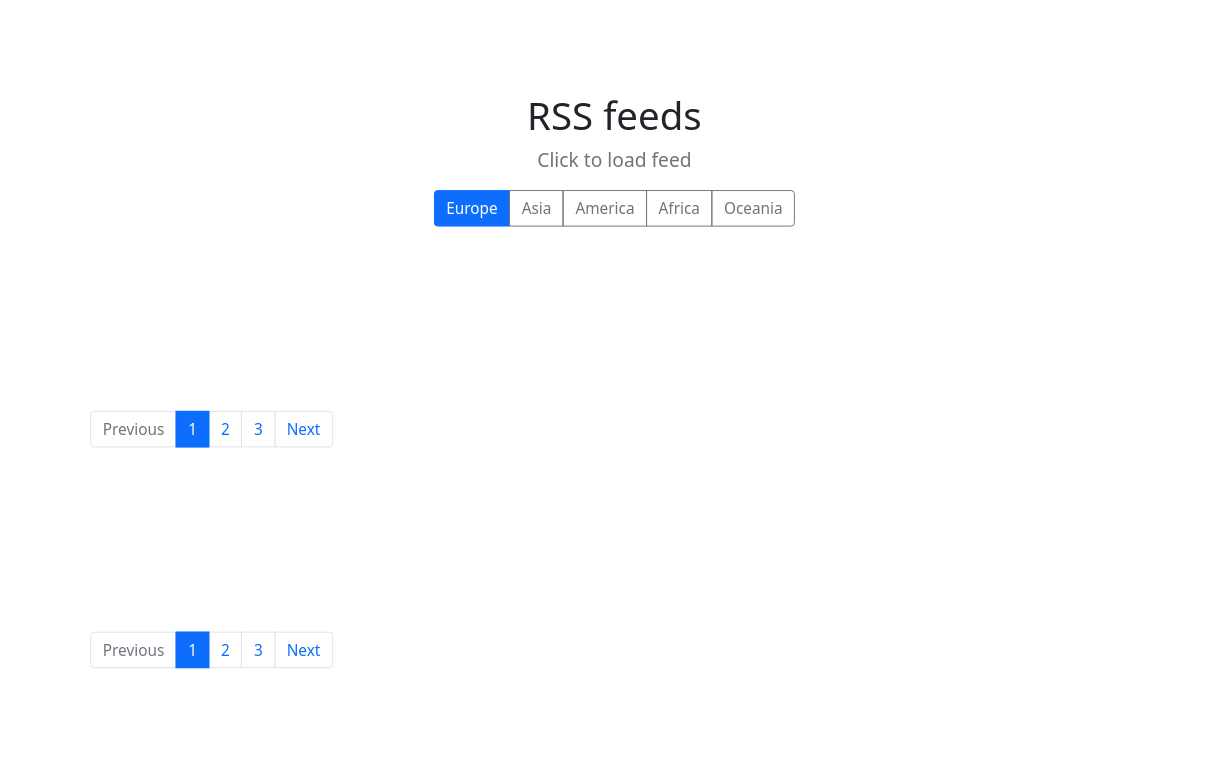
Repository: lilit1121/Templating-DOM-manipulation-and-data-processing
Page: europe.html
These files come from the project's save history. The page is drawn as it stood at one moment and after a run of saves; the edit follows.
The browser window is 1280 px wide. The pictures show the whole page, at 96% of full size.
The page's requests for data from a server got no answer.

Above is the page before, as saved 2023-02-09 15:21:47.

### europe.html
<!DOCTYPE html>
<html lang="en">
   <head>
    <meta charset="UTF-8" />
    <meta http-equiv="X-UA-Compatible" content="IE=edge" />
    <meta name="viewport" content="width=device-width, initial-scale=1.0" />
    <link rel="stylesheet" href="styles.css" />
    <link
      href="https://cdn.jsdelivr.net/npm/bootstrap@5.0.2/dist/css/bootstrap.min.css"
      rel="stylesheet"
      integrity="sha384-EVSTQN3/azprG1Anm3QDgpJLIm9Nao0Yz1ztcQTwFspd3yD65VohhpuuCOmLASjC"
      crossorigin="anonymous"
    />
    <script
      src="https://cdn.jsdelivr.net/npm/bootstrap@5.0.2/dist/js/bootstrap.bundle.min.js"
      integrity="sha384-MrcW6ZMFYlzcLA8Nl+NtUVF0sA7MsXsP1UyJoMp4YLEuNSfAP+JcXn/tWtIaxVXM"
      crossorigin="anonymous"
    ></script>
    <title>Templating, DOM manipulation and data processing</title>
  </head>
  <body>
    <section class="py-5 text-center container">
      <div class="row py-lg-5">
        <div class="col-lg-6 col-md-8 mx-auto">
          <h1 class="fw-light">RSS feeds</h1>
          <p class="lead text-muted">Click to load feed</p>
          <div class="btn-group">
            <a href="./europe.html#" class="btn btn-primary">Europe</a>
            <a href="./asia.html#" class="btn btn-outline-secondary">Asia</a>
            <a href="./americas.html#" class="btn btn-outline-secondary"
              >America</a
            >
            <a href="./africa.html#" class="btn btn-outline-secondary"
              >Africa</a
            >
            <a href="./oceania.html#" class="btn btn-outline-secondary"
              >Oceania</a
            >
          </div>
        </div>
      </div>
    </section>


    <!-- Loading state UI -->
    <div id="loadding" class="visually-hidden">
      <svg
      xmlns="http://www.w3.org/2000/svg"
      xmlns:xlink="http://www.w3.org/1999/xlink"
      style="margin: auto; background: #fff; display: block"
      width="200px"
      height="200px"
      viewBox="0 0 100 100"
      preserveAspectRatio="xMidYMid"
    >
      <circle
        cx="50"
        cy="50"
        r="32"
        stroke-width="8"
        stroke="#416cff"
        stroke-dasharray="50.26548245743669 50.26548245743669"
        fill="none"
        stroke-linecap="round"
      >
        <animateTransform
          attributeName="transform"
          type="rotate"
          repeatCount="indefinite"
          dur="1s"
          keyTimes="0;1"
          values="0 50 50;360 50 50"
        ></animateTransform>
      </circle>
    </svg>
  </div>

    <!-- Error state UI -->
    <div class="alert alert-danger visually-hidden">
      <h5>Unable to load feed</h5>
      <!-- Show error message, if applicable -->
      Feed could not be converted, probably not a valid RSS feed.<br />
      <small><a href="#">Open feed in a new tab</a></small>
    </div>
    <!-- Pagination -->
    <div class="container">
    <section class="py-5 text-center container">
      <div class="row py-lg-5">
        <nav>
          <ul class="pagination">
            <li class="page-item disabled">
              <a class="page-link">Previous</a>
            </li>
            <li class="page-item active">
              <a class="page-link" href="#">1</a>
            </li>
            <li class="page-item">
              <a class="page-link" href="#">2</a>
            </li>
            <li class="page-item"><a class="page-link" href="#">3</a></li>
            <li class="page-item">
              <a class="page-link" href="#">Next</a>
            </li>
          </ul>
        </nav>
      </div>
    </section>

      <!-- Feed (Show no more than 5 posts per page) -->
      <div
        id="main_container"
        class="row row-cols-1 row-cols-sm-2 row-cols-md-3 g-3"
      ></div>


    <!-- Pagination -->
    <section class="py-5 text-center container">
      <div class="row py-lg-5">
        <nav>
          <ul class="pagination">
            <li class="page-item disabled">
              <a class="page-link">Previous</a>
            </li>
            <li class="page-item active">
              <a class="page-link" href="#">1</a>
            </li>
            <li class="page-item">
              <a class="page-link" href="#">2</a>
            </li>
            <li class="page-item"><a class="page-link" href="#">3</a></li>
            <li class="page-item">
              <a class="page-link" href="#">Next</a>
            </li>
          </ul>
        </nav>
      </div>
    </div>
    </section>
    <script src="./script.js"></script>
  </body>
</html>

### styles.css

.card-text {
    display: -webkit-box;
    -webkit-box-orient: vertical;
    -webkit-line-clamp: 4;
    overflow: hidden;
  }

### script.js
const main_container = document.getElementById("main_container");
const page_item = document.querySelectorAll(".page-item");
const loadding = document.getElementById('loadding')
let countriesData;
let sliceStart = 0;
let currentPage = 1;

page_item.forEach((el) => {
  el.addEventListener("click", (event) => {
    changePage(event);
  });
});

function changePage(e) {
  if (e.target.innerText === "Next" && sliceStart < 10) {
    sliceStart += 5;
    currentPage = (sliceStart - 5) / 5 + 2;
  } else if (e.target.innerText === "Previous" && sliceStart > 0) {
    sliceStart -= 5;
    currentPage = (sliceStart + 5) / 5;
  } else if (
    e.target.innerText === "1" ||
    e.target.innerText === "2" ||
    e.target.innerText === "3"
  ) {
    currentPage = +e.target.innerText;
    sliceStart = (+e.target.innerText - 1) * 5;
  }
  page_item.forEach((el) => {
    el.classList.remove("active");
    el.classList.remove("disabled");
    if (currentPage === +el.innerText) el.classList.add("active");
    else if (currentPage === 1 && el.innerText === "Previous")
      el.classList.add("disabled");
    else if (currentPage === 3 && el.innerText === "Next")
      el.classList.add("disabled");
  });
  showCountrys(countriesData, sliceStart);
}

function showCountrys(countriesData, sliceStart) {
  let countrys = countriesData.slice(sliceStart, sliceStart + 5);
  main_container.innerHTML = "";
  for (let i = 0; i < countrys.length; i++) {
    main_container.innerHTML += `<div id="main_container" class="col">
    <div class="card shadow-sm">
      <img src=${countrys[i].flags.png} />
      <div class="card-body">
        <h4>
          Country: ${countrys[i].name.official}
        </h4>
        <h5>
          Country: ${countrys[i].capital ? countrys[i].capital[0] : undefined}
        </h5>
        <p class="card-text">
          <small
            >Population: ${countrys[i].population}</small
          >
        </p>
        <p><a href="#">Read more &rarr;</a></p>
        <div class="d-flex justify-content-between align-items-center">
          <!-- Format date appropriately as per browser/device region format -->
          <small class="text-muted">Dec 10, 2021</small>
        </div>
      </div>
    </div>
    </div>  `;
  }
}

(async function getCountriesDataByRegion() {
  loadding.style.display.contents
  await fetch(`https://restcountries.com/v3.1/region/${window.location.pathname.slice(1).split('.')[0]}`)
    .then((res) => res.json())
    .then((data) => {
      countriesData = data.slice(0, 15);
      showCountrys(countriesData, sliceStart);
    });

})();

After the next 3 saves:
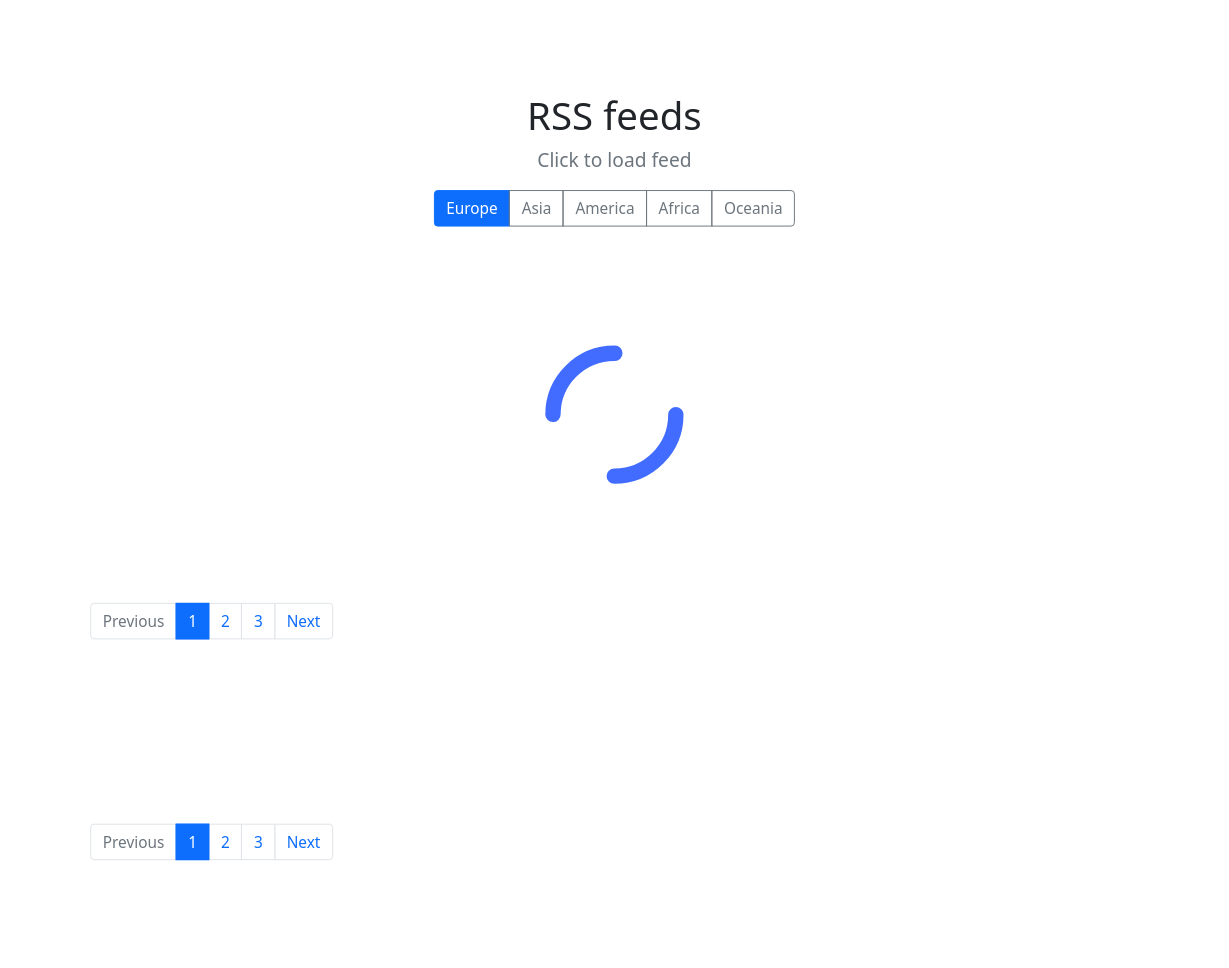
The 3 saves are shown as one change because they came seconds apart.
The last was saved 71 s later.
--- a/script.js
+++ b/script.js
@@ -69,7 +69,7 @@ function showCountrys(countriesData, sliceStart) {
 }
 
 (async function getCountriesDataByRegion() {
-  loadding.style.display.contents
+  loadding.style.display='contents'
   await fetch(`https://restcountries.com/v3.1/region/${window.location.pathname.slice(1).split('.')[0]}`)
     .then((res) => res.json())
     .then((data) => {
